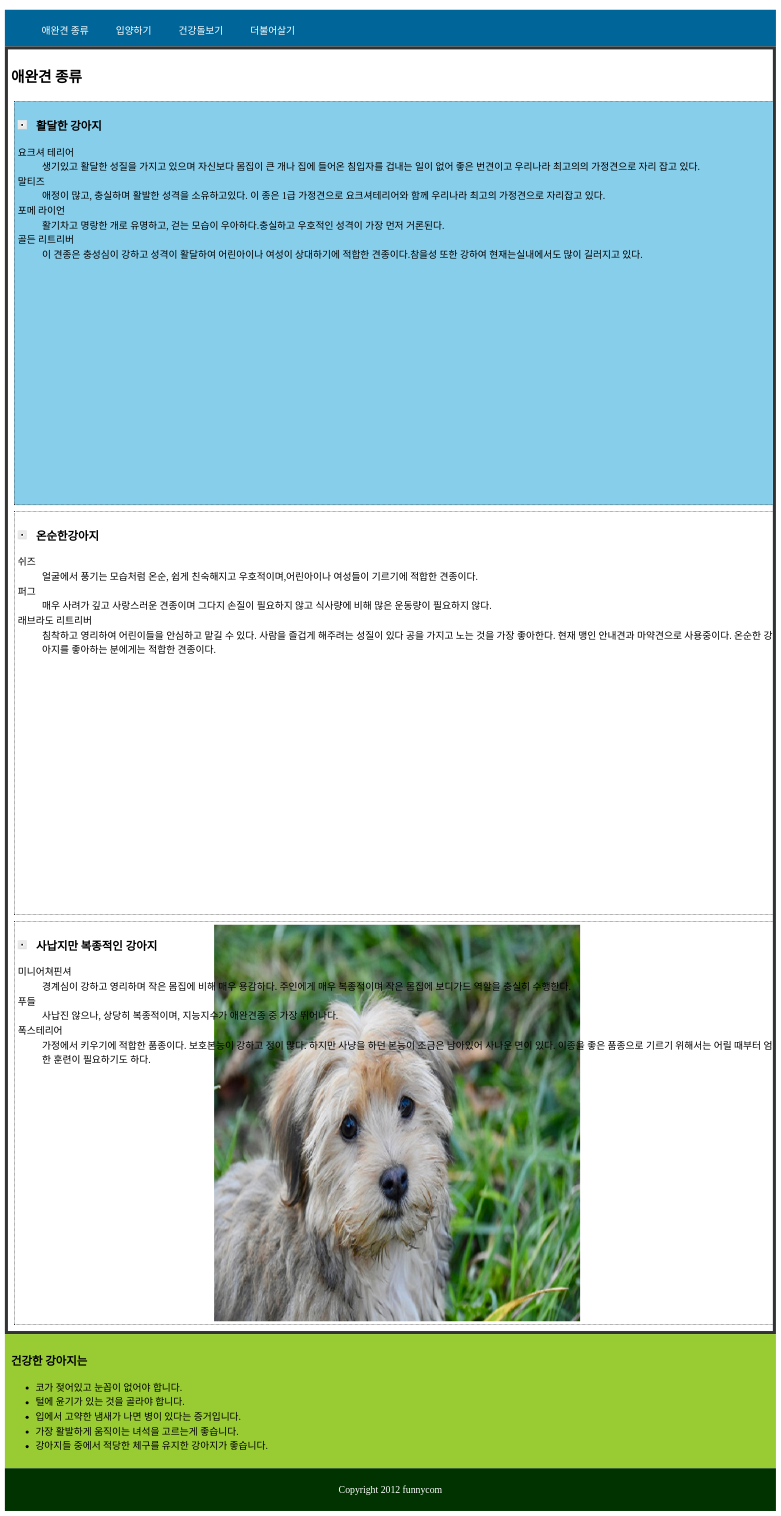
Repository: woosungtae/html_css
Page: pro01/public/10-do.html
These files come from the project's save history. The page is drawn as it stood at one moment and after the next save; the edit follows.
The browser window is 1280 px wide. The pictures show the whole page, at 61% of full size.

Above is the page before, as saved 2022-12-12 00:08:33.

After the next save:
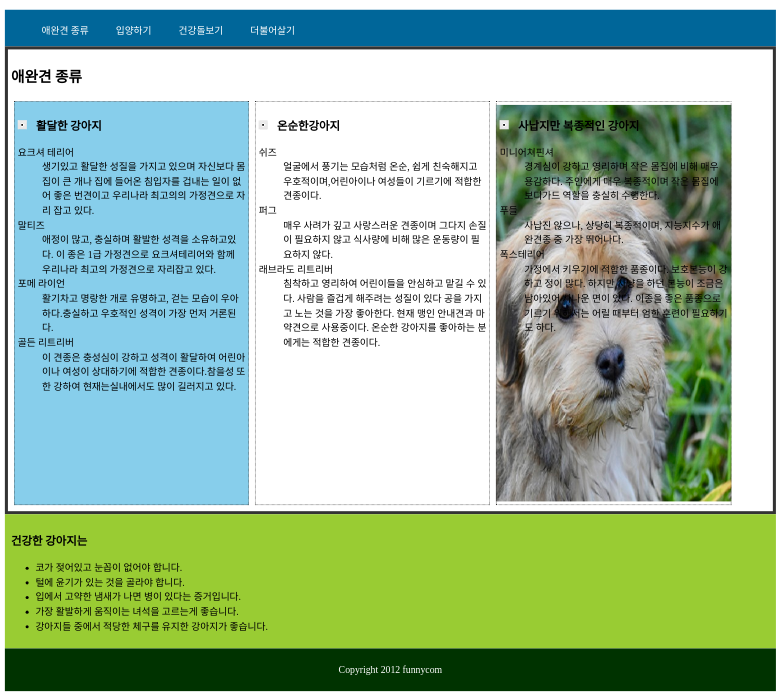
Saved 5 s later.
--- a/pro01/public/css/style4.css
+++ b/pro01/public/css/style4.css
@@ -32,7 +32,7 @@ article{
 
 }
 article section{
-	width:100%;
+	width:30%;
 	height:650px;
 	float: left;
 	margin:5px;
